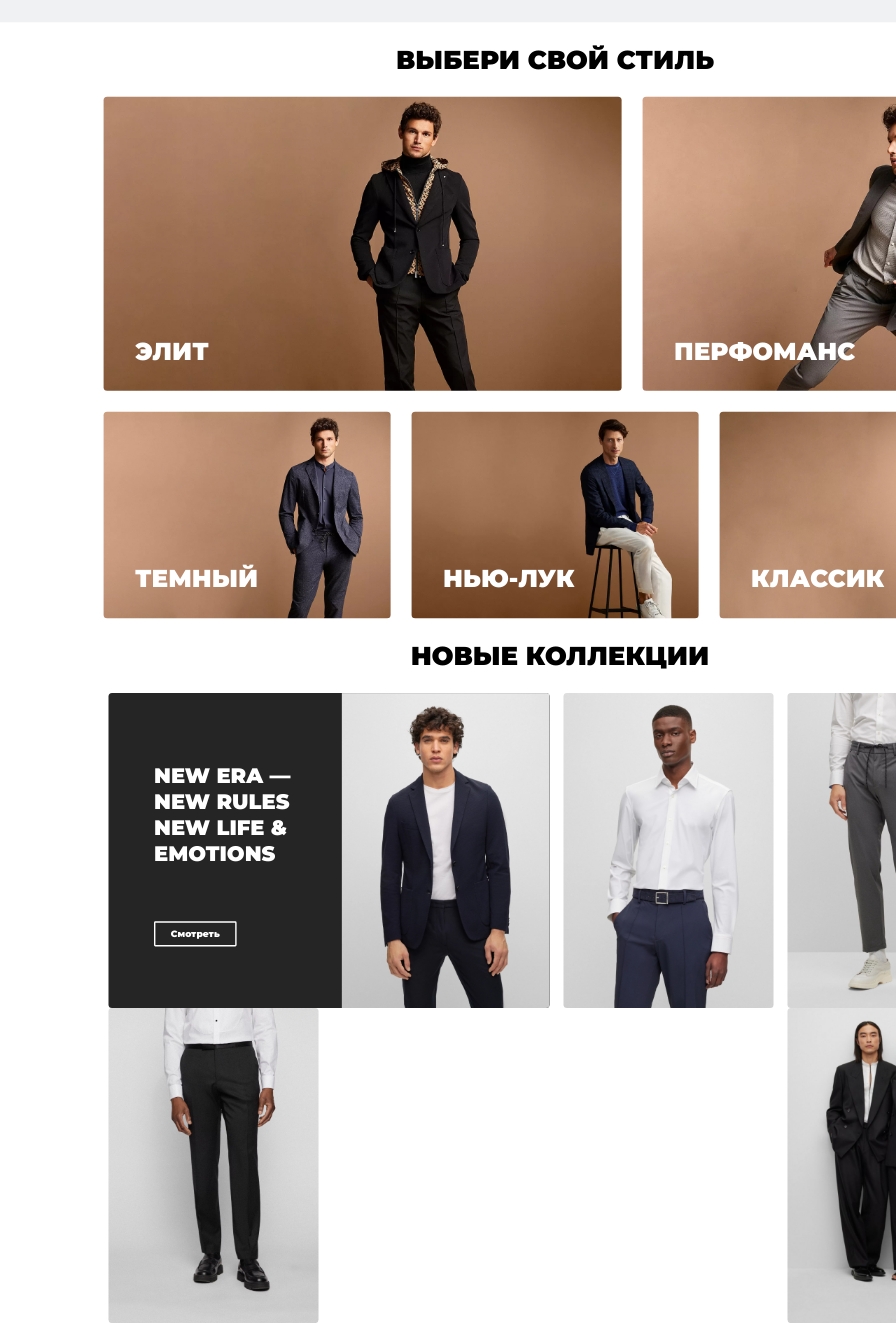
Repository: MaksimKrupkin/SigmaEllegance
Page: /
An editor plug-in stored every save of this project. The page is shown before and after the next save, followed by the edit.
The browser window is 1280 px wide. The pictures show the part of the page from y = 1353 to 3273 px (the page is 3243 px tall before and 3273 px after), at 70% of full size.
Some web fonts or font styles are not loaded; a fallback is used. The project was rebuilt for these pictures with package versions that can differ from the ones it lists, and the page was loaded fresh each time.

Above is the page before, as saved 2023-11-23 23:23:40.

After the next save:
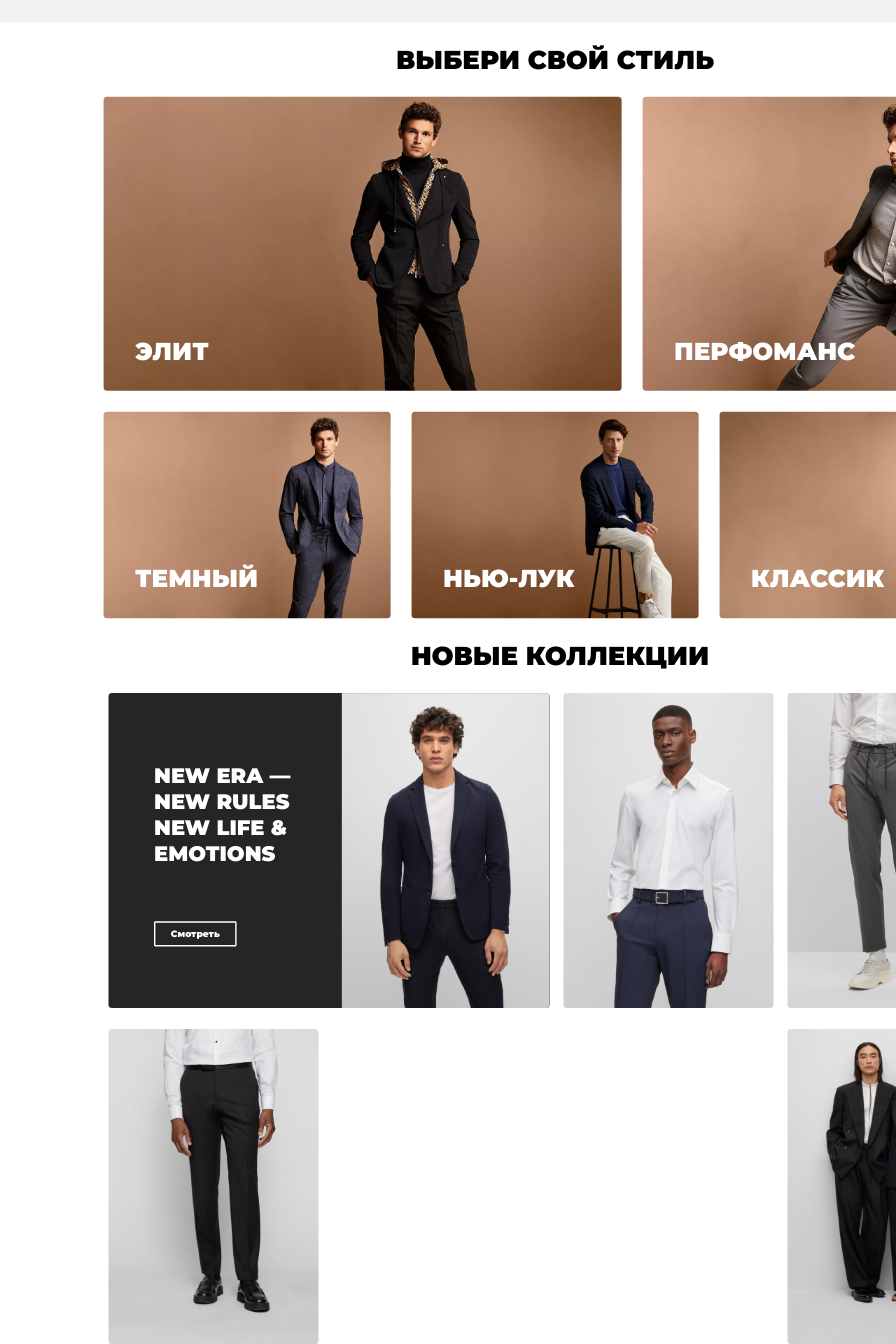
Saved 16 s later.
--- a/src/Components/Collections/Collections.module.css
+++ b/src/Components/Collections/Collections.module.css
@@ -17,6 +17,7 @@
 .collections_wrapper {
   width: 1290px;
   display: flex;
+  gap: 30px;
   flex-direction: column;
   justify-content: center;
 }
